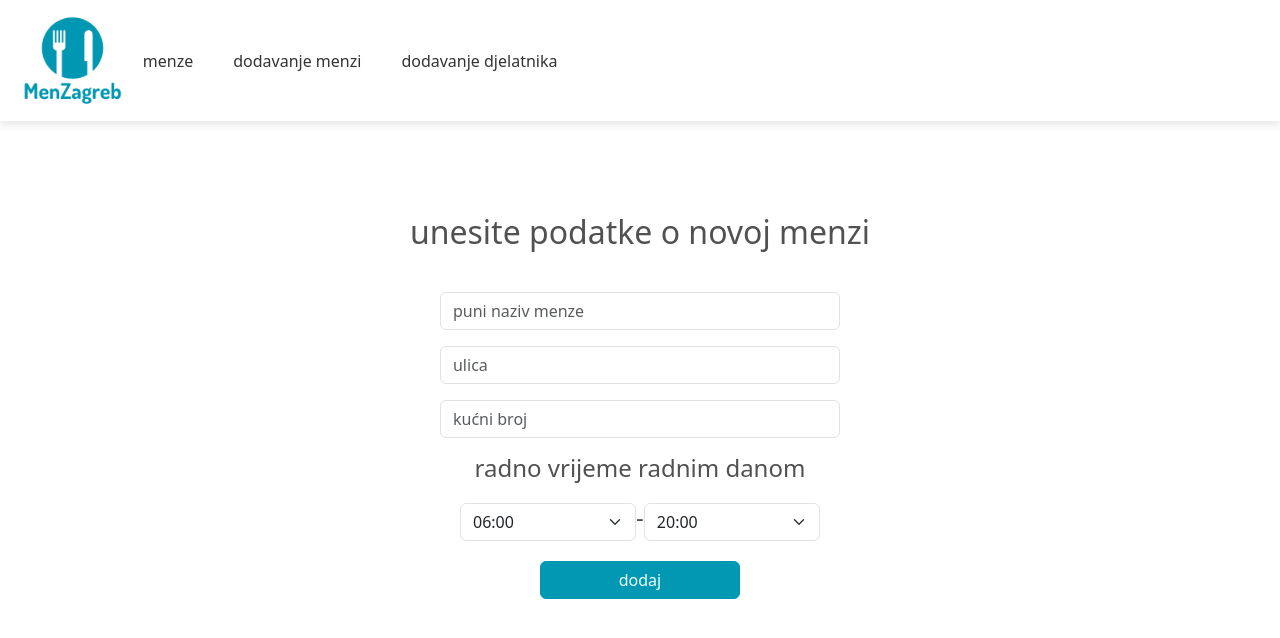
Repository: MENZG/menZg
Page: /admin/dodajMenzu (app in IzvorniKod/)
These files come from the project's save history. The page is drawn as it stood at one moment and after the next save; the edit follows.
The browser window is 1280 px wide. The pictures show the whole page.
The project was rebuilt for these pictures with package versions that can differ from the ones it lists, and the page was loaded fresh each time. Also part of the build but not shown: IzvorniKod/vite.config.ts, IzvorniKod/src/Components/LoginForm.tsx, IzvorniKod/src/Components/AdminLogin.tsx, IzvorniKod/src/Components/EmployeeLogin.tsx, IzvorniKod/src/Components/NavBar.tsx, IzvorniKod/src/Components/ListaMenza.tsx, IzvorniKod/src/Components/Profil.tsx, IzvorniKod/src/Components/AddEmployee.tsx and 5 more.

Above is the page before, as saved 2024-11-07 13:36:43.

After the next save:
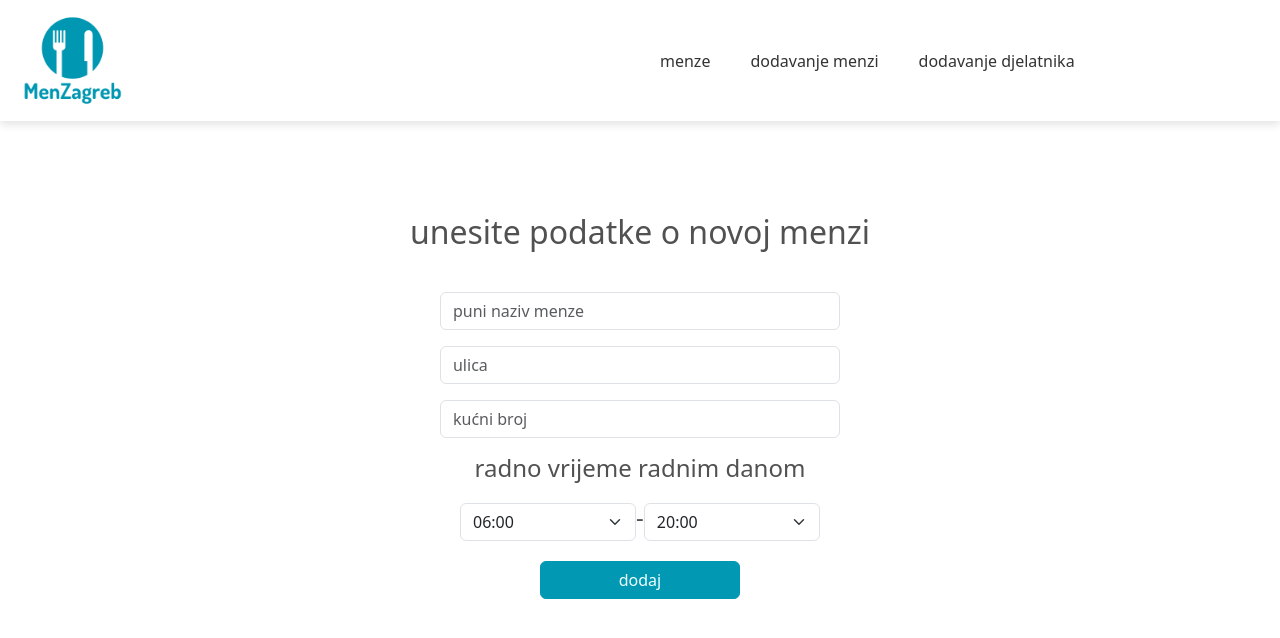
Saved 74 s later.
--- a/IzvorniKod/src/styles/NavBar.css
+++ b/IzvorniKod/src/styles/NavBar.css
@@ -24,7 +24,7 @@
     justify-content: center;
     flex-direction: row;
     gap: 20px; /* Razmak između dugmadi */
-    width: 100%; /* Proširi na celu širinu navigacije */
+    width: 50%; /* Proširi na celu širinu navigacije */
     align-items: center; /* Vertikalno centriraj dugmad */
 }
 .navbar-bg {
